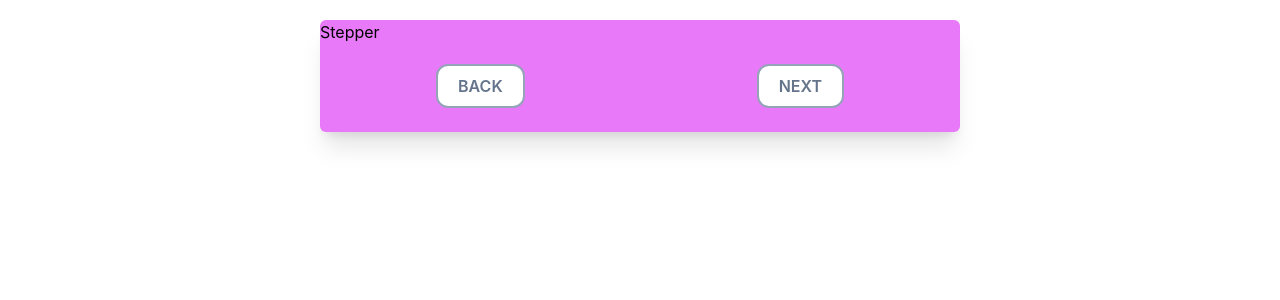
Repository: OmniaRafat232111121/reactstepper
Page: /
An editor plug-in stored every save of this project. The page is shown before and after a run of saves, followed by the edit.
The browser window is 1280 px wide. The pictures show the whole page.
The project was rebuilt for these pictures with package versions that can differ from the ones it lists, and the page was loaded fresh each time. Also part of the build but not shown: src/App.css.

Above is the page before, as saved 2023-02-21 23:25:11.

### src/App.js

import './App.css';
import Stepper from './Component/Stepper';
import StepperControl from './Component/StepperControl';
function App() {
  return (
    <div className="md:w-1/2 mx-auto  rounded-md shadow-xl bg-fuchsia-400 pb-2 mt-5">
     {/*stepper*/}
    <div className='container horizontal mt-5'>
    <Stepper/>
    </div>
     {/*StepperCOntrol*/}
     <StepperControl/>
    </div>
  );
}

export default App;

### src/Component/Stepper.js
import React from 'react'

const Stepper = () => {
  return (
    <div>
      <h1>Stepper</h1>
    </div>
  )
}

export default Stepper

### src/Component/StepperControl.js
import React from 'react'

const StepperControl = () => {
  return (
    <div className='container  flex justify-around mt-5 mb-4'>
       {/*back button*/}
       <button className='bg-white text-slate-500 font-semibold  uppercase px-5 py-2  rounded-xl
       cursor-pointer border-2 border-slate-400 hover:bg-slate-500 hover:text-white transition duration-200 ease-in-out'>
       Back
       </button>
        {/*next button*/}
        <button className='bg-white text-slate-500 font-semibold  uppercase px-5 py-2  rounded-xl
        cursor-pointer border-2 border-slate-400 hover:bg-slate-500 hover:text-white transition duration-200 ease-in-out'>
        Next
        </button>
    </div>
  )
}

export default StepperControl

Loaded but not shown: public/index.html (common file); src/index.js (common file); src/index.css (common file); tailwind.config.js (common file)

After the next 2 saves:
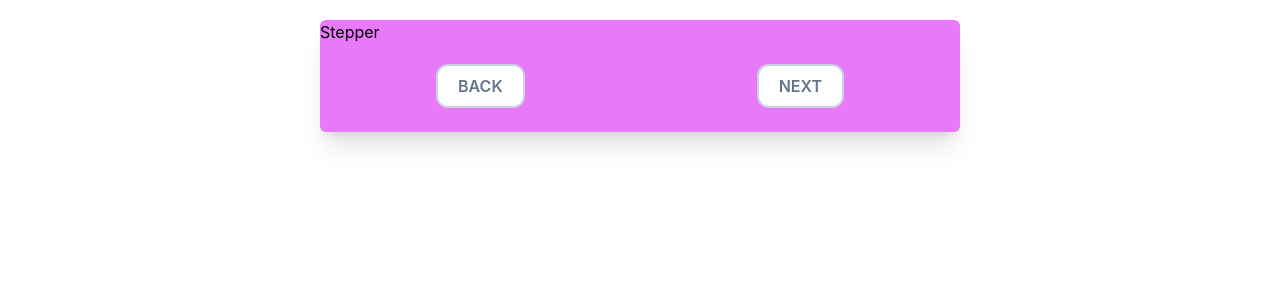
The 2 saves are shown as one change because they came seconds apart.
The last was saved 29 s later.
--- a/src/Component/StepperControl.js
+++ b/src/Component/StepperControl.js
@@ -5,12 +5,12 @@ const StepperControl = () => {
     <div className='container  flex justify-around mt-5 mb-4'>
        {/*back button*/}
        <button className='bg-white text-slate-500 font-semibold  uppercase px-5 py-2  rounded-xl
-       cursor-pointer border-2 border-slate-400 hover:bg-slate-500 hover:text-white transition duration-200 ease-in-out'>
+       cursor-pointer border-2 border-slate-300 hover:bg-slate-500 hover:text-white transition duration-200 ease-in-out'>
        Back
        </button>
         {/*next button*/}
         <button className='bg-white text-slate-500 font-semibold  uppercase px-5 py-2  rounded-xl
-        cursor-pointer border-2 border-slate-400 hover:bg-slate-500 hover:text-white transition duration-200 ease-in-out'>
+        cursor-pointer border-2 border-slate-300 hover:bg-slate-500 hover:text-white transition duration-200 ease-in-out'>
         Next
         </button>
     </div>
